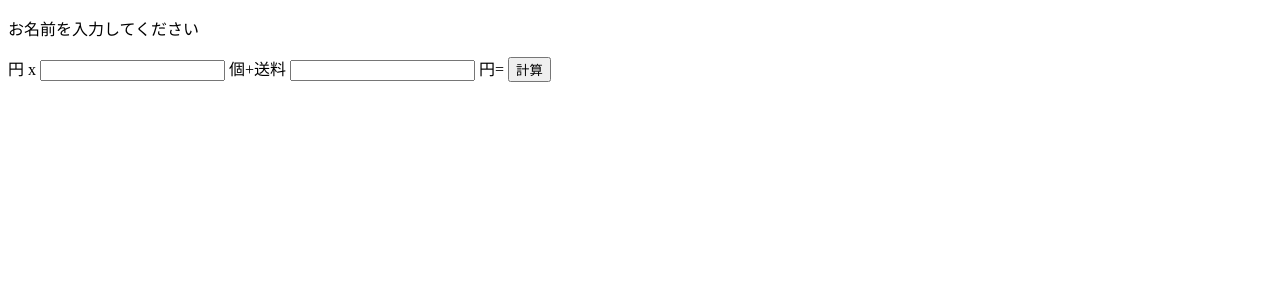
Repository: Zz313s/backup
Page: http://localhost/HelloJSP/
The author's editor kept a copy of each file at every save. The page is drawn from the files as they stood at one save, then again after the next save.
The browser window is 1280 px wide. The pictures show the whole page.
The page is served by Tomcat 9.

Above is the page before, as saved 2017-11-17 12:22:29.

### saba/HelloJSP/WebContent/index.jsp
<%@ page language="java" contentType="text/html; charset=UTF-8" pageEncoding="UTF-8"%>
<!DOCTYPE html>
<html>
<head>
<meta charset="UTF-8">
<title>TEST</title>
</head>
<body>
<p>お名前を入力してください</p>
<form method="post" action="total-out.jsp">
円 x
<input type="text" name="count">
個+送料
<input type="text" name="deliver">
円=
<input type="submit" value="計算">
</form>
</body>
</html>

After the next save:
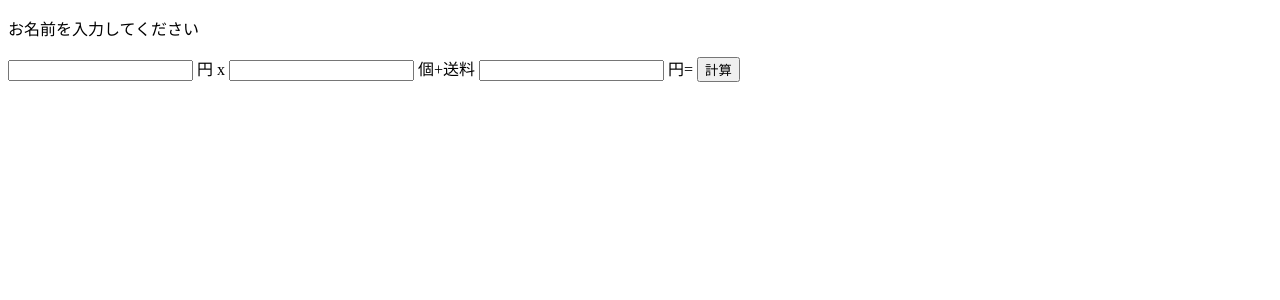
Saved 34 s later.
--- a/saba/HelloJSP/WebContent/index.jsp
+++ b/saba/HelloJSP/WebContent/index.jsp
@@ -8,6 +8,7 @@
 <body>
 <p>お名前を入力してください</p>
 <form method="post" action="total-out.jsp">
+<input type="text" name="price">
 円 x
 <input type="text" name="count">
 個+送料
